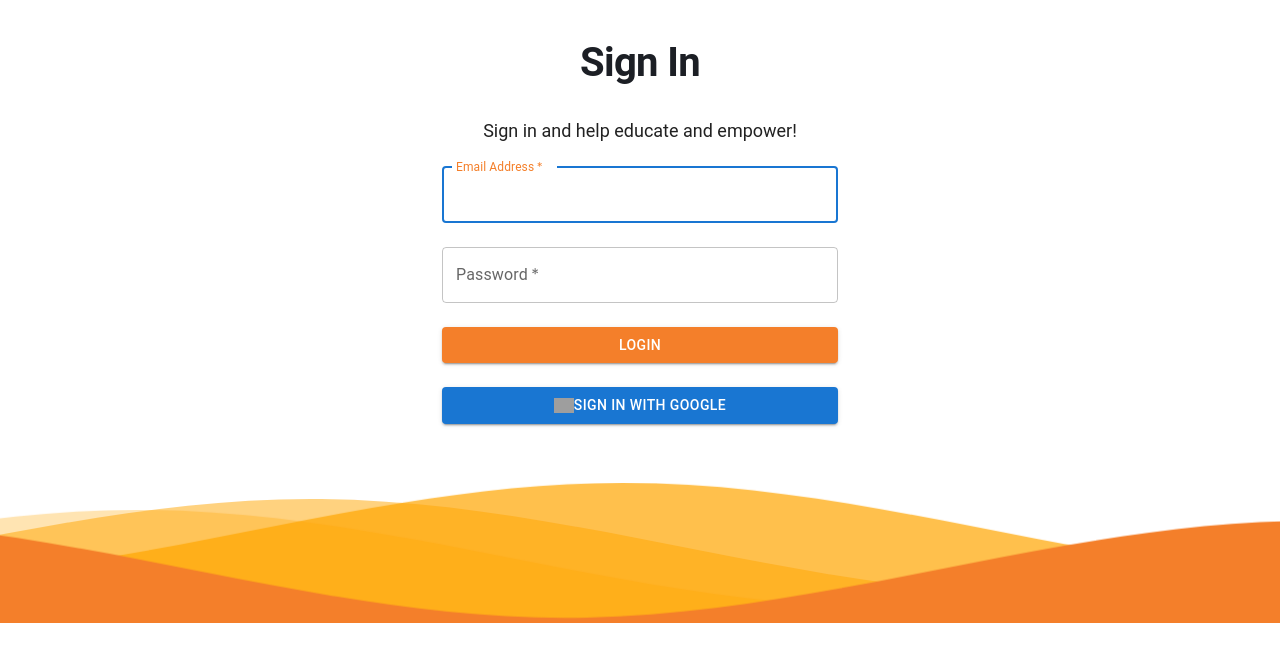
Repository: shubhampirate/Google_Solutions_Edural
Page: /dashboard
An editor plug-in stored every save of this project. The page is shown before and after the next save, followed by the edit.
The browser window is 1280 px wide. The pictures show the whole page.
Pictures or frames that could not be fetched are drawn as grey boxes. The project was rebuilt for these pictures with package versions that can differ from the ones it lists, and the page was loaded fresh each time. Some packages were replaced by stand-ins written for this rebuild. Also part of the build but not shown: src/Components/CustomButton.jsx, src/Components/Navbar.jsx, src/Components/Footer.jsx, src/Components/CongratsCard.jsx, src/pages/Hero/Hero.jsx.

Above is the page before, as saved 2024-02-02 23:44:54.

After the next save:
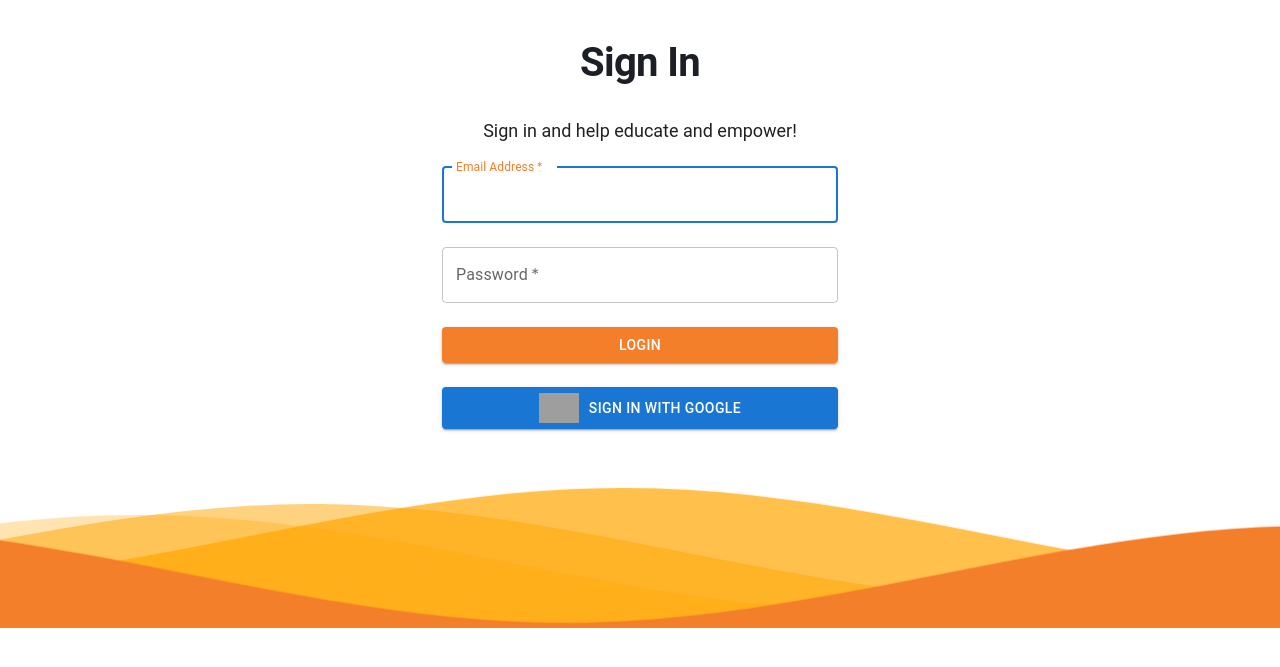
Saved 11 s later.
--- a/src/pages/Sign_in.jsx
+++ b/src/pages/Sign_in.jsx
@@ -197,7 +197,7 @@ export default function SignIn() {
             <img
         src={heroImg}
         alt="Google Icon"
-        style={{ width: '20px', marginRight: '0' }}
+        style={{ width: '40px', marginRight: '10px' }}
       />
             Sign In with Google
           </Button>
